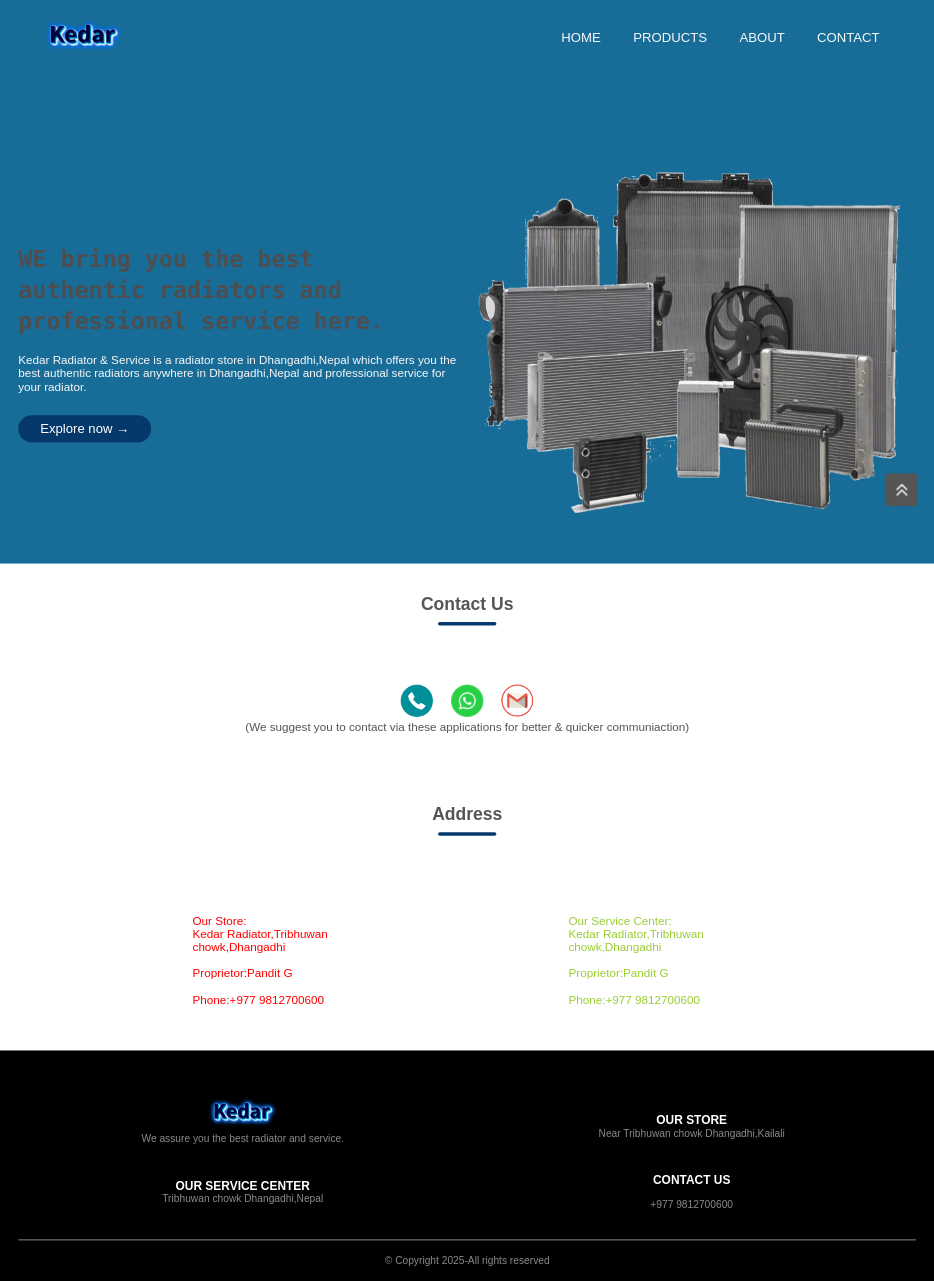
Repository: shyamchand-git/KedarRadiator
Page: contactsfrs.html
These files come from the project's save history. The page is drawn as it stood at one moment and after the next save; the edit follows.
The browser window is 1280 px wide. The pictures show the whole page, at 73% of full size.
Some web fonts or font styles are not loaded; a fallback is used.

Above is the page before, as saved 2026-02-22 13:31:32.
Console error: TypeError: Cannot read properties of null (reading 'addEventListener')

After the next save:
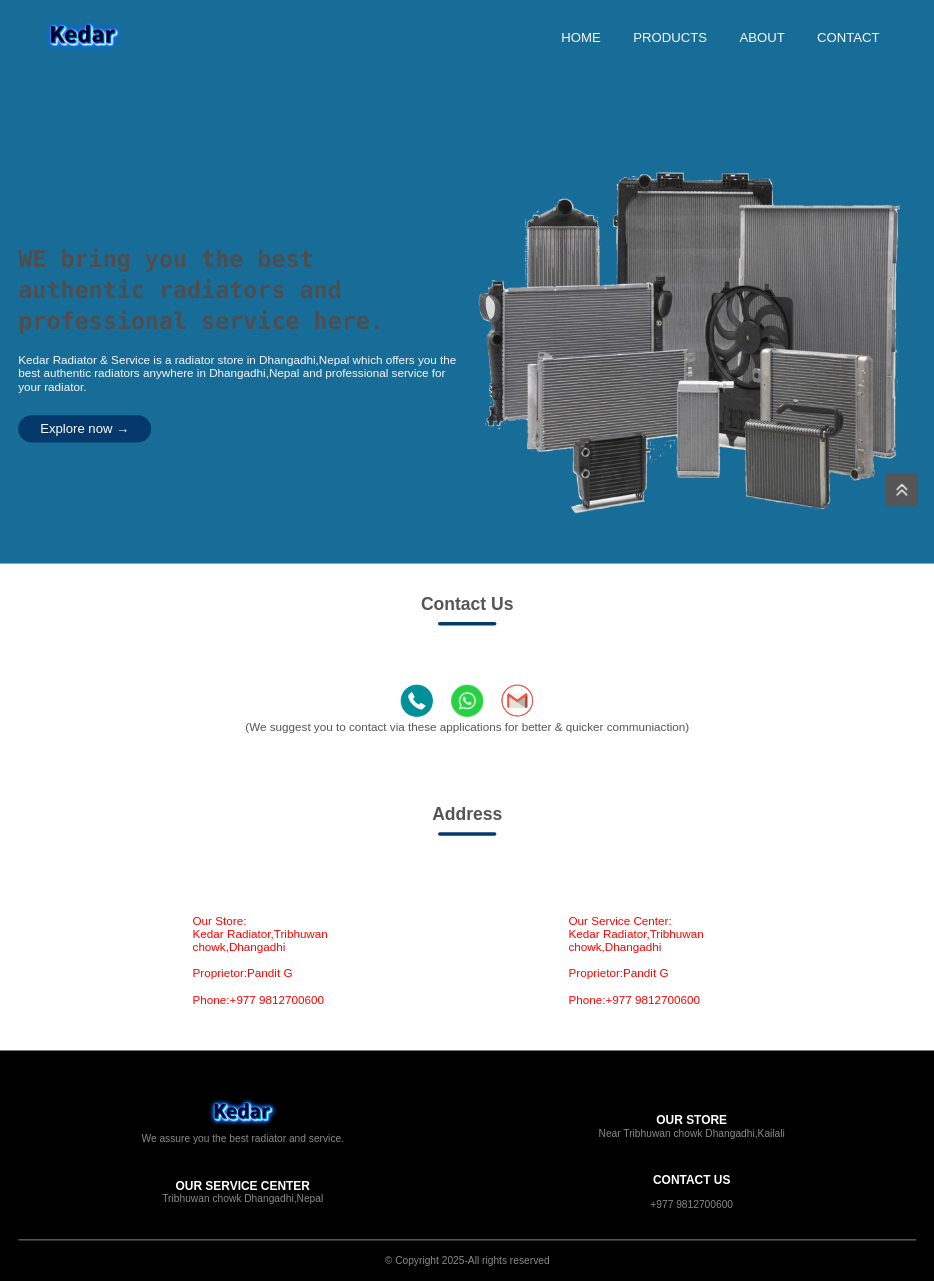
Saved 9 s later.
--- a/contactsfrs.html
+++ b/contactsfrs.html
@@ -146,7 +146,7 @@
             </div>
             <div class="col4">
                 <i class="fas fa-map-marker-alt"></i>
-                <h4 style="color: yellowgreen;"">
+                <h4 style="color: red;"">
                     Our Service Center:
                     <br>
                     Kedar Radiator,Tribhuwan chowk,Dhangadhi
